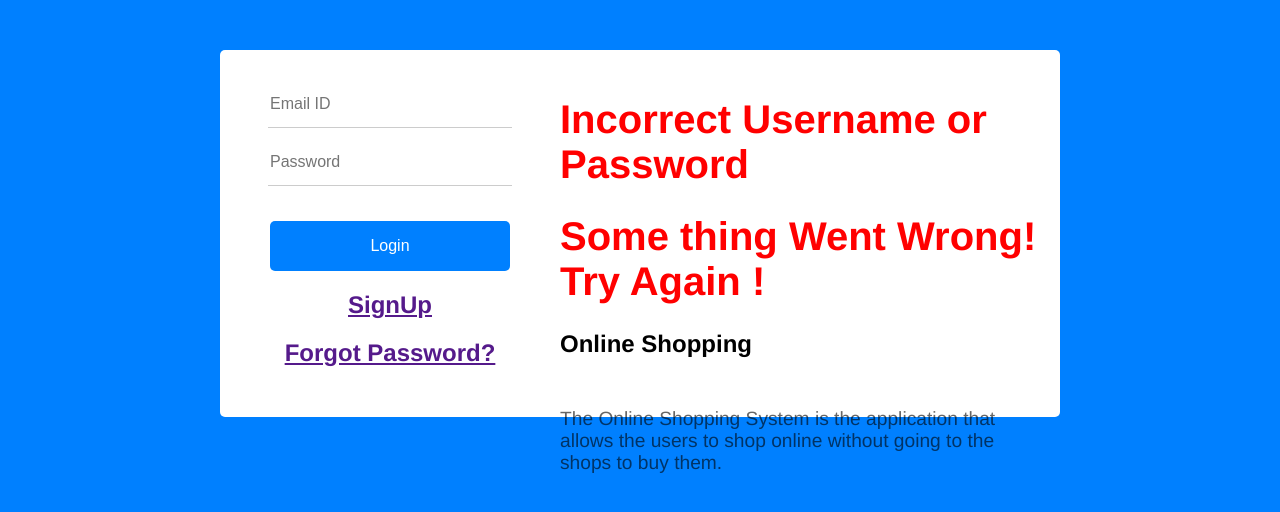
Repository: RajanKr004/E-commerce-Website-for-Sporty-Shoes-
Page: http://localhost/Phase_3_Ecommerce_website/login.jsp
The author's editor kept a copy of each file at every save. The page is drawn from the files as they stood at one save, then again after the next save.
The browser window is 1280 px wide. The pictures show the whole page.
The page is served by Tomcat 9. Other server files are loaded and not shown.

Above is the page before, as saved 2022-02-09 06:59:05.

### Phase 3 Ecommerce website/src/main/webapp/login.jsp

<!DOCTYPE html>
<html>
<head>
<link rel="stylesheet" href="css/signup-style.css">
<title>Login</title>
</head>
<body>
	<div id='container'>
		<div class='signup'>
			<form action="loginAction.jsp" method="post">
				<input type="text" name="email" placeholder="Email ID"> <input
					type="password" name="password" placeholder="Password"> <input
					type="submit" value="Login">
			</form>
			<h2>
				<a href="">SignUp</a>
			</h2>
			<h2>
				<a href="">Forgot Password?</a>
			</h2>
		</div>
		<div class='whysignLogin'>
			<h1>Incorrect Username or Password</h1>

			<h1>Some thing Went Wrong! Try Again !</h1>

			<h2>Online Shopping</h2>
			<p>The Online Shopping System is the application that allows the
				users to shop online without going to the shops to buy them.</p>
		</div>
	</div>

</body>
</html>

Loaded but not shown: Phase 3 Ecommerce website/src/main/webapp/css/signup-style.css (common file)

After the next save:
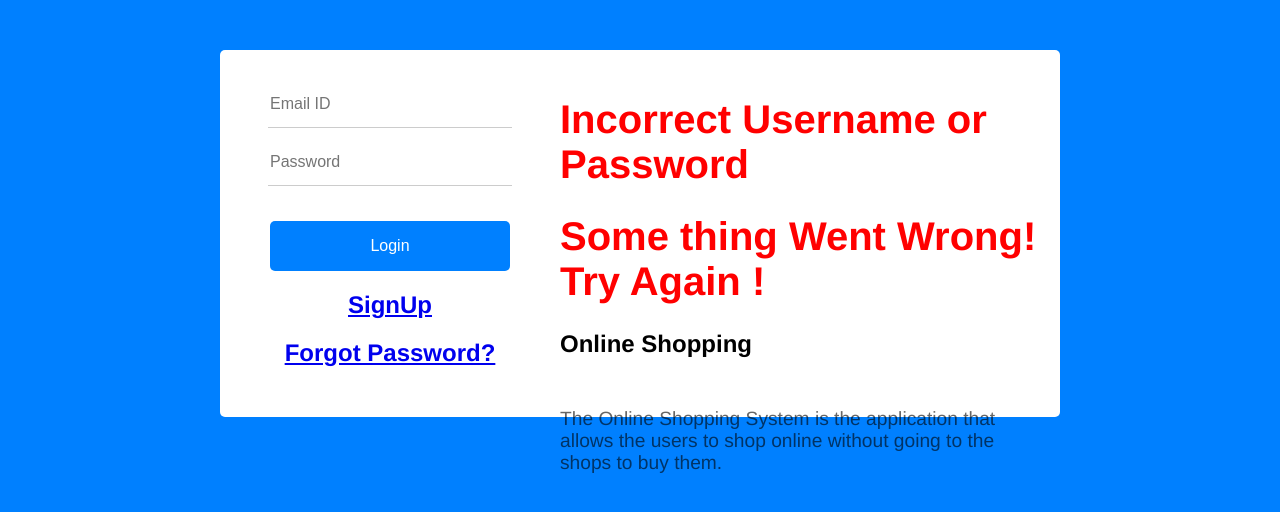
Saved 65 s later.
--- a/Phase 3 Ecommerce website/src/main/webapp/login.jsp
+++ b/Phase 3 Ecommerce website/src/main/webapp/login.jsp
@@ -14,10 +14,10 @@
 					type="submit" value="Login">
 			</form>
 			<h2>
-				<a href="">SignUp</a>
+				<a href="signup.jsp">SignUp</a>
 			</h2>
 			<h2>
-				<a href="">Forgot Password?</a>
+				<a href="forgotPassword.jsp">Forgot Password?</a>
 			</h2>
 		</div>
 		<div class='whysignLogin'>
